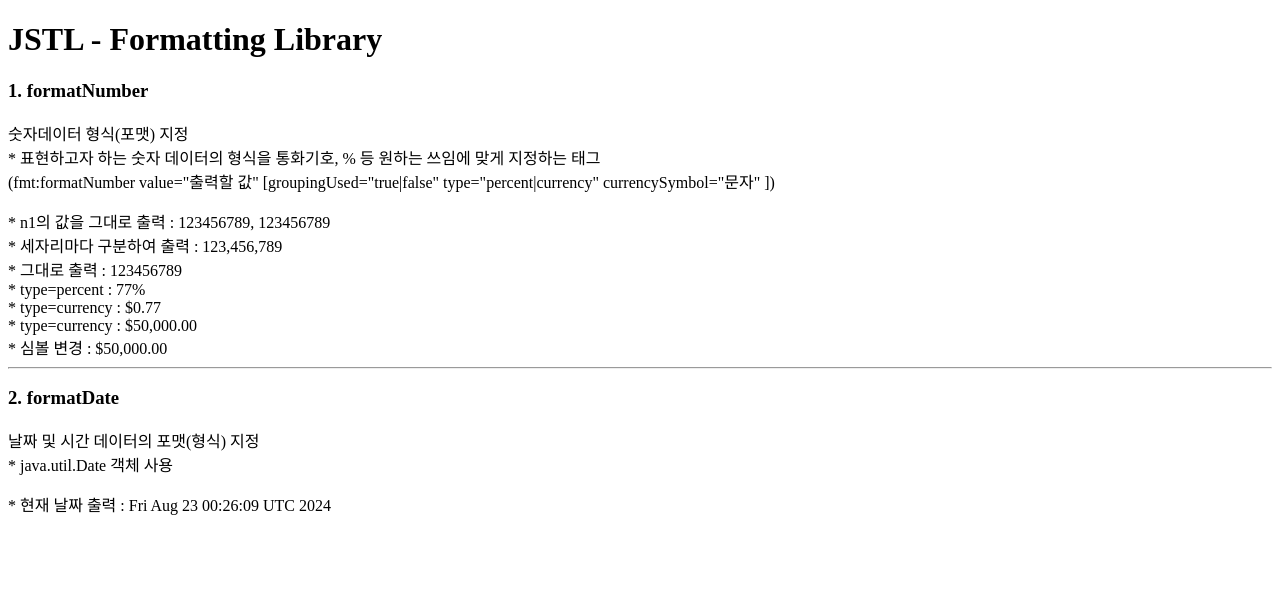
Repository: hailey-516/servlet
Page: http://localhost/3_elAction/views/3_Custom_Action/02_fmt.jsp
These files come from the project's save history. The page is drawn as it stood at one moment and after the next save; the edit follows.
The browser window is 1280 px wide. The pictures show the whole page.
The page is served by Tomcat 9.

Above is the page before, as saved 2024-08-28 01:41:34.

After the next save:
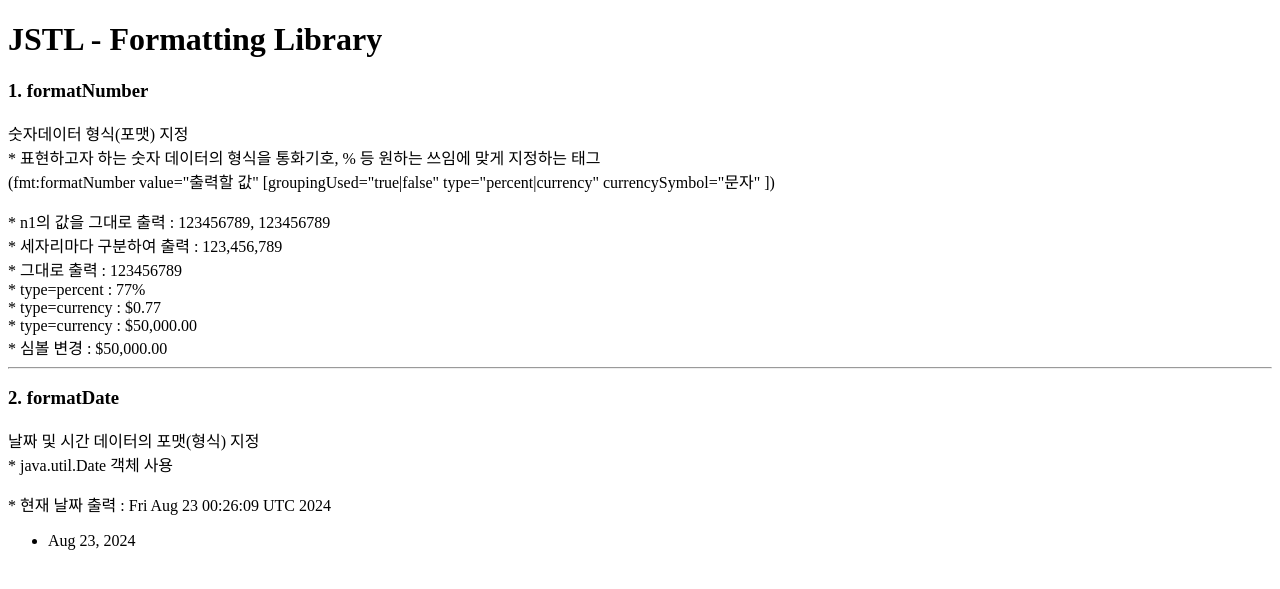
Saved 68 s later.
--- a/3_elAction/src/main/webapp/views/3_Custom_Action/02_fmt.jsp
+++ b/3_elAction/src/main/webapp/views/3_Custom_Action/02_fmt.jsp
@@ -50,5 +50,10 @@
 	<c:set var="today" value="<%= new java.util.Date() %>" />
 
 	* 현재 날짜 출력 : ${ today }<br>
+	<ul>
+		<li>
+			<fmt:formatDate value="${ today }"/>
+		</li>
+	</ul>
 </body>
 </html>
